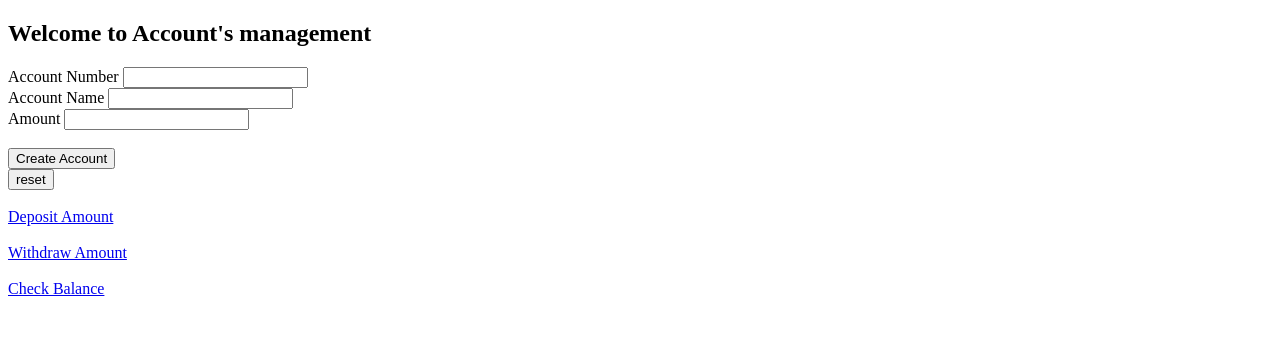
Repository: indira439/RPS_ExternalTrainingProjects
Page: http://localhost/index
These files come from the project's save history. The page is drawn as it stood at one moment and after the next save; the edit follows.
The browser window is 1280 px wide. The pictures show the whole page.
The page is this project's Thymeleaf template; nobody is signed in. The template is opened directly, without the code that normally fills it, so the values that code supplies are empty.

Above is the page before, as saved 2024-08-26 15:06:48.

### spring-boot-assignment/src/main/resources/templates/index.html
<!DOCTYPE html>
<html xmlns:th="http://www.thymeleaf.org">
<head>
<meta charset="UTF-8">
<title>Insert title here</title>
</head>
<body>
<h2>Welcome to Account's management</h2>
<form th:action="@{/create}" th:object="${acct}" method="post">
	<label>Account Number</label>
	<input type="number" th:field="*{accountNo}"><br/>
	<label>Account Name</label>
	<input type="text" th:field="*{accountName}"><br/>
	<label>Amount</label>
	<input type="number" th:field="*{accountBalance}"><br/>
	<br/>
	<input type="submit" value="Create Account"/><br/>
	<input type="reset" value="reset"/>
</form>
<br/>
<a href="/deposit">Deposit Amount</a><br/>
<br/>
<a href="/withdraw">Withdraw Amount</a><br/>
<br/>
<a href="/balance">Check Balance</a><br/>
</body>
</html>

After the next save:
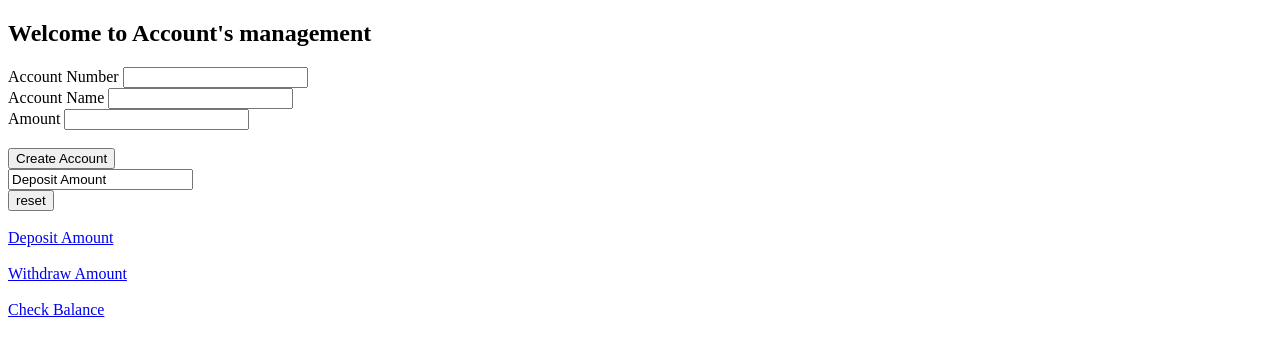
Saved 39 s later.
--- a/spring-boot-assignment/src/main/resources/templates/index.html
+++ b/spring-boot-assignment/src/main/resources/templates/index.html
@@ -15,6 +15,7 @@
 	<input type="number" th:field="*{accountBalance}"><br/>
 	<br/>
 	<input type="submit" value="Create Account"/><br/>
+	<input type="text" value="Deposit Amount"/><br/>
 	<input type="reset" value="reset"/>
 </form>
 <br/>
